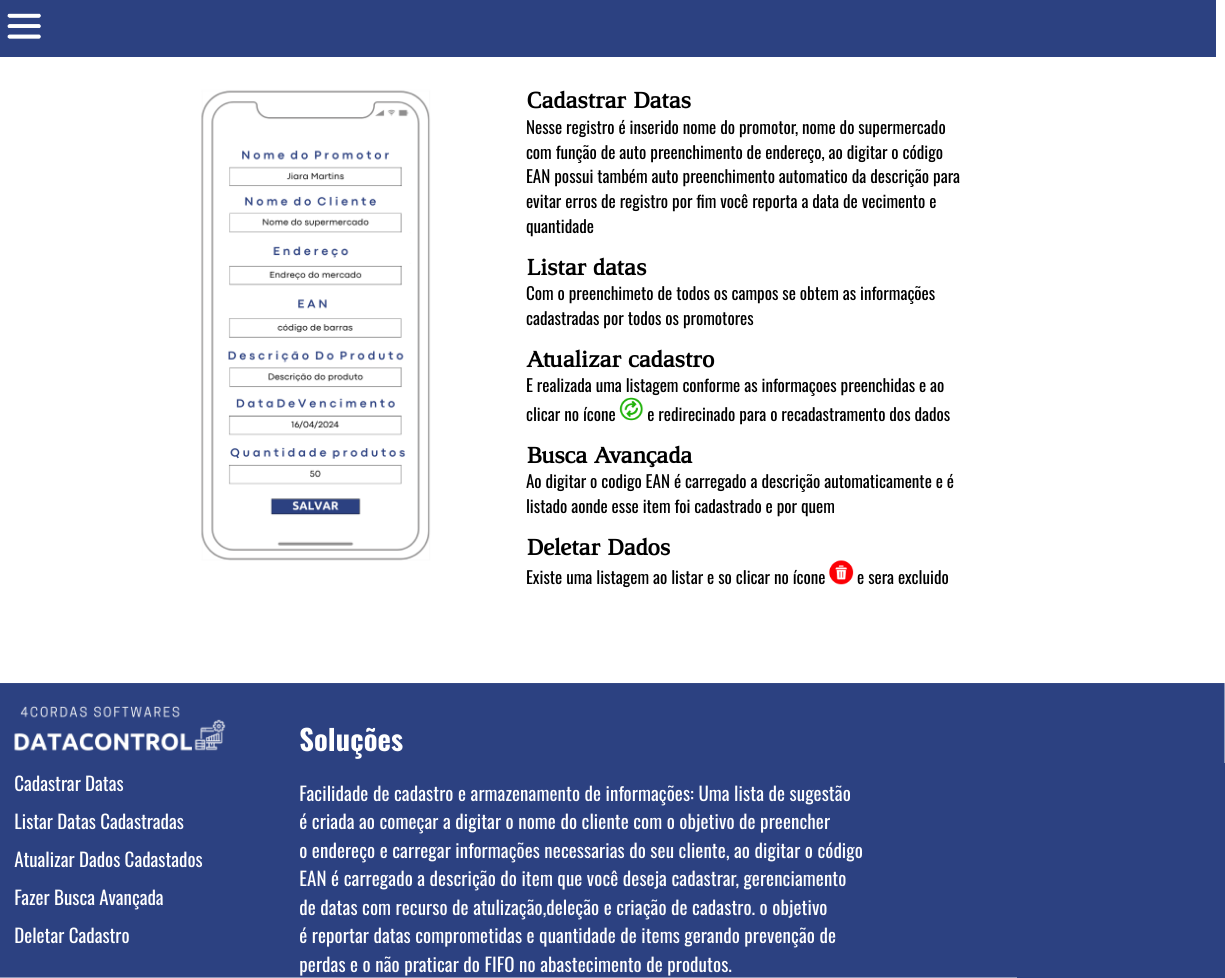
Repository: alfredo-allan/ControleDeDatasFrontEnd
Page: index.html
An editor plug-in stored every save of this project. The page is shown before and after a run of saves, followed by the edit.
The browser window is 1280 px wide. The page is 1289 px wide, so the pictures cover 1289 px, including what lies to the right of the window. The pictures show the whole page, at 95% of full size.

Above is the page before, as saved 2024-04-30 14:47:20.
Console error: TypeError: Cannot read properties of null (reading 'addEventListener')

### index.html
<!DOCTYPE html>
<html lang="pt-BR">
  <head>
    <meta charset="UTF-8" />
    <meta name="viewport" content="width=device-width, initial-scale=1.0" />
    <link rel="stylesheet" href="./style/style.css" />
    <link rel="preconnect" href="https://fonts.googleapis.com" />
    <link rel="preconnect" href="https://fonts.gstatic.com" crossorigin />
    <link
      href="https://fonts.googleapis.com/css2?family=Oswald:wght@200..700&display=swap"
      rel="stylesheet"
    />
    <title>Controle de Datas</title>
  </head>
  <body>
    <div class="header">
      <div id="menu-icon">
        <img id="icon-menu" src="./images/barra-de-menu.png" alt="" />
      </div>
      <div id="titulo">
        <!-- <h1>Controle De Datas</h1> -->
      </div>
      <div id="menu-options">
        <ul>
          <!-- <img id="usuario" src="./images/usuario-exemplo.jpg" alt="" /> -->
          <a href="pages/cadastro.html"><li>Cadastrar Datas</li></a>
          <a href="pages/listagem.html"><li>Listar Datas</li></a>
          <a href="pages/atualizar.html"><li>Atualizar Cadastro</li></a>
          <a href="pages/buscaavancada.html"><li>Busca Avançada</li></a>
          <a href="pages/deletar.html"><li>Deletar Dados</li></a>
        </ul>
      </div>
    </div>
    <img id="instrucao" src="./images/CadastrarDatas.png" alt="">
    <div class="coluna">
    <ul>
      <span>Cadastrar Datas</span>
      <li>Nesse registro é inserido nome do promotor, nome do supermercado com função de auto preenchimento de endereço, ao digitar o código EAN possui também auto preenchimento automatico da descrição para evitar erros de registro por fim você reporta a data de vecimento e quantidade</li>
      <span>Listar datas</span>
      <li>Com o preenchimeto de todos os campos se  obtem as informações cadastradas por todos os promotores</li>
      <span>Atualizar cadastro</span>
      <li>E realizada uma listagem conforme as informaçoes preenchidas e ao clicar no ícone <img src="./images/repetir.png" alt=""> e redirecinado para o recadastramento dos dados</li>
      <span>Busca Avançada</span>
      <li>Ao digitar o codigo EAN é carregado a descrição automaticamente e é listado aonde esse item foi cadastrado e por quem</li>
      <span>Deletar Dados</span>
      <li>Existe uma listagem ao listar e so clicar no ícone <img src="./images/excluir.png" alt=""> e sera excluido</li>
    </ul>
    </div>
    </div>
    <div class="footer">
      <div id="mapa" class="col-sm-6">
        <img id="tootext" src="./images/data.png" alt="" />
        <ul id="mapadosite">
          <a href="./pages/cadastro.html"><li>Cadastrar Datas</li></a>
          <a href="./pages/listagem.html"><li>Listar Datas Cadastradas</li></a>
          <a href="./pages/atualizar.html"
            ><li>Atualizar Dados Cadastados</li></a
          >
          <a href="./pages/buscaavancada.html"><li>Fazer Busca Avançada</li></a>
          <a href="./pages/deletar.html"><li>Deletar Cadastro</li></a>
        </ul>
      </div>
      <div id="solucao" class="col-sm-6">
        <span>Soluções</span>
        <p>
          Facilidade de cadastro e armazenamento de informações: Uma lista de
          sugestão <br />
          é criada ao começar a digitar o nome do cliente com o objetivo de
          preencher <br />
          o endereço e carregar informações necessarias do seu cliente, ao
          digitar o código <br />
          EAN é carregado a descrição do item que você deseja cadastrar,
          gerenciamento <br />
          de datas com recurso de atulização,deleção e criação de cadastro. o
          objetivo <br />
          é reportar datas comprometidas e quantidade de items gerando prevenção
          de <br />
          perdas e o não praticar do FIFO no abastecimento de produtos.
        </p>
      </div>
    </div>
  </body>
  <script src="./js/script.js"></script>
</html>

### style/style.css
:root {
  --cor-azul: rgb(44, 65, 129);
  --oswald-font: "Oswald", sans-serif;
  --luthier-font: "Luthier";
}

body {
  font-family: var(--oswald-font);
}

@font-face {
  font-family: "Luthier";
  src: url("../fonts/LuthierFF/Luthier-Regular.ttf") format("truetype");
  /* Adicione mais formatos (e.g. woff, woff2) conforme necessário */
}

#titulo h1 {
  font-family: var(--luthier-font);
  letter-spacing: 3px;
  font-weight: 900;
  color: white;
  margin-top: -30px;
  margin-left: 55px;
}

.column {
  display: flex;
  flex-direction: column;
  align-items: center;
  padding: 10px 20px 15px 15px;
  border: 1px solid #ccc;
  border-radius: 5px;
  width: 300px;
  margin: 0 auto;
  span {
    font-weight: 900;
    font-family: var(--luthier-font);
    letter-spacing: 3px;
    margin-bottom: 10px;
    color: var(--cor-azul);
  }
}

#logo img {
  margin-top: 200px;
  width: 250px;
  margin-left: 50px;
}

#logo {
  h1 {
    text-align: center;
    text-wrap: nowrap;
    font-size: 25px;
    font-family: var(--oswald-font);
    font-weight: 900;
    letter-spacing: 2px;
    color: var(--cor-azul);
  }
}

#form {
  margin-top: 80px;
}

input {
  margin-bottom: 5px;
  padding: 5px;
  width: 100%;
  box-sizing: border-box;
  font-weight: 600;
  margin-bottom: 10px;
}

input::placeholder {
  text-align: center;
  color: gray;
  font-family: var(--oswald-font);
  font-weight: 400;
}

input:focus {
  outline-color: var(--cor-azul); /* Altere a cor aqui */
}

.header {
  position: fixed;
  top: 0;
  left: 0;
  width: 100%;
  height: 60px;
  background-color: var(--cor-azul);
}

#icon-menu {
  width: 35px;
  margin-top: 10px;
  z-index: 1;
  margin-left: 8px;
  cursor: pointer;
}

#menu-options ul {
  list-style: none;
  padding: 0;
  margin-left: 5px;
  font-size: 20px;
  font-weight: 500;
  text-wrap: nowrap;
  font-family: var(--oswald-font);
  z-index: 999;
}

#menu-options ul li {
  padding: 10px;
  letter-spacing: 2px;
  cursor: pointer;
  z-index: 999;
}

a {
  text-decoration: none; /* Remove sublinhado */
  color: inherit; /* Mantém a cor padrão do texto */
  /* Adicione quaisquer outros estilos desejados para o link */
}

#menu-options {
  display: none;
  position: absolute;
  top: 0;
  left: 0;
  margin-top: 60px;
  width: 55%;
  height: 41vh;
  border-bottom-right-radius: 15px;
  background-color: var(--cor-azul);
  color: white;
  font-family: var(--oswald-font);
  font-weight: 900;
  z-index: 999;
}

button {
  text-align: center;
  width: 110px;
  height: 30px;
  padding: 6px 30px;
  background-color: rgba(44, 65, 129, 0.897);
  border-radius: 5px;
  color: white;
  border: none;
  border-radius: 5px;
  cursor: pointer;
  font-family: var(--oswald-font);
}

button:focus {
  outline: 2px solid var(--cor-azul);
}

.footer {
  width: 102%;
  position: relative;
  margin-top: 5%;
  margin-left: -8px;
  margin-bottom: -20px;
  background-color: var(--cor-azul);
}

.footer img {
  width: 300px;
  height: 60px;
  margin-top: 2px;
  cursor: pointer;
  margin-left: 10px;
}

#autocomplete-list-id {
  background-color: #f1f1f1;
  border: 1px solid #d4d4d4;
  color: var(--cor-azul);
  border-top: none;
  max-height: 200px;
  overflow-y: auto;
  position: absolute;
  /* z-index: 999; */
  margin-top: -10px;
  margin-left: 60px;
}

.autocomplete-items div {
  padding: 10px;
  cursor: pointer;
  background-color: #fff;
  border-bottom: 1px solid #d4d4d4;
}

.autocomplete-items div:hover {
  background-color: #e9e9e9;
}

.autocomplete-items div strong {
  font-weight: bold;
}

#data-list {
  margin: 0 auto;
  left: 50%;
  transform: translateX(-50%);
  margin: 0 auto;
  left: 50%;
  top: 60%;
  transform: translate(-50%, -50%);
  /* border: 1px solid var(--cor-azul); */
  color: var(--cor-azul);
  border-radius: 5px;
  max-height: 330px;
  overflow-y: auto;
  position: absolute;
  z-index: -1;
  margin-top: 110px;
  margin-left: 0px;
  width: 336px;
  list-style: none;
  .name {
    font-family: var(--oswald-font);
    font-weight: 900;
    font-size: 17px;
  }
  .item {
    font-family: var(--oswald-font);
    font-weight: 500;
    font-size: 15;
    color: rgb(0, 0, 0);
  }
}

/* #promotor {
  line-height: 60px;
} */

#data-list {
  /* Estilos do elemento #data-list */
  /* Defina outras propriedades conforme necessário */

  scrollbar-color: var(--cor-azul) var(--cor-azul); /* Cor da barra de rolagem e do fundo da barra */
}

#data-list::-webkit-scrollbar {
  width: 10px; /* Largura da barra de rolagem */
}

#data-list::-webkit-scrollbar-thumb {
  background-color: white; /* Cor da barra de rolagem */
  border-radius: 5px; /* Raio de borda da barra de rolagem */
}

#texto-descritivo {
  text-align: justify;
  margin-top: 200px;
  position: fixed;
  font-family: var(--luthier-font);
  letter-spacing: 3px;
  line-height: 2;
  margin-right: 8px;
  font-weight: 900;
  color: var(--cor-azul);
}

#del {
  width: 25px;
  margin: -4px;
  margin-left: 20px;
}

#atualizar {
  width: 25px;
  margin: -5px;
  margin-left: 20px;
}

.video {
  width: 100%;
  height: 100vh; /* Altura ocupando toda a tela */
}

.video video {
  position: fixed;
  top: 0;
  left: 0;
  width: 100%;
  height: 20%;
  object-fit: cover;
  margin-top: 52px;
}

.modal {
  display: none; /* Escondido por padrão */
  position: fixed;
  z-index: 1;
  left: 0;
  top: 0;
  width: 100%;
  height: 100%;
  overflow: auto;
  background-color: rgba(0, 0, 0, 0.4);
}

.modal-content {
  background-color: #fefefe;
  margin: 15% auto;
  padding: 20px;
  border: 2px solid #888;
  width: 80%;
  border-radius: 10px;
  p {
    text-align: center;
    font-family: var(--luthier-font);
    letter-spacing: 3px;
    font-weight: 600;
    color: var(--cor-azul);
  }
}

.close {
  color: #aaa;
  float: right;
  font-size: 28px;
  font-weight: bold;
}

.close:hover,
.close:focus {
  color: black;
  text-decoration: none;
  cursor: pointer;
}

#modalbtn {
  text-align: center;
}

#confirmButton {
  margin-right: 5px;
}

#tootext {
  margin-left: -40px;
  margin-top: 20px;
}

#mapadosite {
  font-family: var(--oswald-font);
  list-style: none;
  margin-top: 0px;
  line-height: 40px;
  text-align: left;
  margin-left: -25px;
  color: white;
  font-size: 20px;
}

#mapa {
  text-align: left;
}

#solucao {
  margin-top: -270px;
  margin-left: 315px;
  font-family: var(--oswald-font);
  letter-spacing: 0.1px;
  color: white;
  span {
    font-size: 30px;
    font-weight: 900;
  }
  p {
    font-size: 20px;
    text-align: left;
  }
}

@media (min-width: 310px) and (max-width: 580px) {
  #solucao {
    margin-top: -10px;
    margin-left: -200px;
    text-align: center;
  }
}

@media (min-width: 310px) and (max-width: 580px) {
  #solucao span {
    margin-left: -30px;
  }
}

@media (min-width: 310px) and (max-width: 580px) {
  #solucao p {
    font-size: 20px;
    text-align: left;
    margin-left: 215px;
  }
}

@media (min-width: 310px) and (max-width: 580px) {
  .footer {
    margin-top: 20%;
    position: absolute;
    margin-left: -8px;
    width: 100%;
    margin-bottom: 0px;
  }
}

.footer_pg {
  position: fixed;
  left: 0;
  bottom: 0;
  width: 100%;
  height: 60px;
  background-color: var(--cor-azul);
}

@media (min-width: 310px) and (max-width: 580px) {
  .footer_pg img {
    margin-left: auto;
    margin-right: auto;
    display: block;
  }
}

#instrucao {
  margin-top: 80px;
  width: 250px;
  margin-left: 200px;
}

@media (min-width: 500px) and (max-width: 1200px) {
  #instrucao {
    margin-left: 20px;
  }
}

.coluna {
  display: flex;
  flex-direction: column;
  justify-content: center;
  margin-left: 40%;
  margin-top: -41%;
  width: 40%;
  li {
    list-style: none;
    margin-bottom: 20px;
    font-family: var(--oswald-font);
    font-size: 18px;
  }
  span {
    margin-bottom: 10;
    font-size: 25px;
    font-family: var(--luthier-font);
    font-weight: 900;
  }

  img {
    width: 25px;

  }
}

### js/script.js
document.addEventListener("DOMContentLoaded", function () {
  carregarDados();

  document
    .getElementById("data-vencimento")
    .addEventListener("input", formatarData);

  document.getElementById("ean").addEventListener("input", function () {
    var eanSelecionado = document.getElementById("ean").value;
    preencherDescricaoPorEAN(eanSelecionado);
  });
});

function formatarData() {
  let inputData = document.getElementById("data-vencimento").value;

  let dataFormatada = inputData.replace(/^(\d{2})(\d{2})(\d{2})$/, "$1/$2/$3");

  document.getElementById("data-vencimento").value = dataFormatada;
}

function preencherDescricaoPorEAN(ean) {
  fetch("../frutap.json")
    .then((response) => response.json())
    .then((data) => {
      const mercados = data.mercados;

      for (let mercado of mercados) {
        const produto = mercado.produtos.find(
          (produto) => produto.codigoEAN === ean
        );
        if (produto) {
          document.getElementById("descricao-produto").value =
            produto.descricao;
          return; // Encerra o loop assim que encontrar o produto correspondente
        }
      }

      // Se não encontrou nenhum produto com o código EAN correspondente
      document.getElementById("descricao-produto").value =
        "Produto não encontrado";
    })
    .catch((error) => {
      console.error("Erro ao carregar os dados do arquivo JSON:", error);
    });
}

function carregarDados() {
  fetch("../frutap.json")
    .then((response) => {
      if (response.ok) {
        return response.json();
      } else {
        throw new Error("Erro ao carregar os dados");
      }
    })
    .then((data) => {
      if (data && data.mercados) {
        const mercados = data.mercados.map((mercado) => mercado.nome);
        const codigosEAN = data.mercados.map((mercado) => mercado.codigoEAN);
        const enderecos = data.mercados.map((mercado) => mercado.endereco);

        autocomplete(document.getElementById("nome-cliente"), mercados, data);
        autocomplete(document.getElementById("ean"), codigosEAN);
        autocomplete(
          document.getElementById("endereco-cliente"),
          enderecos,
          data
        );
      } else {
        console.error("Formato de dados inválido");
      }
    })
    .catch((error) => {
      console.error("Erro ao carregar os dados do arquivo JSON:", error);
    });
}
function autocomplete(inp, arr, data) {
  var currentFocus;

  inp.addEventListener("input", function (e) {
    var a,
      b,
      i,
      val = this.value;
    closeAllLists();
    if (!val) {
      return false;
    }
    currentFocus = -1;
    a = document.createElement("DIV");
    a.setAttribute("id", "autocomplete-list-id");
    a.setAttribute("class", "autocomplete-items");
    this.parentNode.appendChild(a);
    for (i = 0; i < arr.length; i++) {
      if (
        arr[i] &&
        arr[i].substr(0, val.length).toUpperCase() == val.toUpperCase()
      ) {
        b = document.createElement("DIV");
        b.innerHTML = "<strong>" + arr[i].substr(0, val.length) + "</strong>";
        b.innerHTML += arr[i].substr(val.length);
        b.innerHTML += "<input type='hidden' value='" + arr[i] + "'>";
        b.addEventListener("click", function (e) {
          inp.value = this.getElementsByTagName("input")[0].value;
          closeAllLists();
          // Preencher o campo de Endereço do mercado ao selecionar o nome do mercado
          var selectedMarket = this.getElementsByTagName("input")[0].value;
          var mercadoSelecionado = data.mercados.find(
            (mercado) => mercado.nome === selectedMarket
          );
          if (mercadoSelecionado) {
            var enderecoCompleto =
              mercadoSelecionado.endereco.rua +
              ", " +
              mercadoSelecionado.endereco.bairro +
              ", " +
              mercadoSelecionado.endereco.cidade +
              ", " +
              mercadoSelecionado.endereco.estado;
            document.getElementById("endereco-cliente").value =
              enderecoCompleto;
          }
        });
        a.appendChild(b);
      }
    }
  });

  function closeAllLists(elmnt) {
    var x = document.getElementsByClassName("autocomplete-items");
    for (var i = 0; i < x.length; i++) {
      if (elmnt != x[i] && elmnt != inp) {
        x[i].parentNode.removeChild(x[i]);
      }
    }
  }

  document.addEventListener("click", function (e) {
    closeAllLists(e.target);
  });
}

const menuIcon = document.getElementById("menu-icon");
const menuOptions = document.getElementById("menu-options");

menuIcon.addEventListener("click", function () {
  if (menuOptions.style.display === "none") {
    menuOptions.style.display = "block";
  } else {
    menuOptions.style.display = "none";
  }
});

document.getElementById("btn-salvar").addEventListener("click", function () {
  const nomePromotor = document.getElementById("nome-promotor").value;
  const nomeCliente = document.getElementById("nome-cliente").value;
  const enderecoCliente = document.getElementById("endereco-cliente").value;
  const ean = document.getElementById("ean").value;
  const descricaoProduto = document.getElementById("descricao-produto").value;
  const dataVencimento = document.getElementById("data-vencimento").value;
  const quantidadeProdutos = document.getElementById(
    "quantidade-produtos"
  ).value;

  fetch("https://v1controledatas.pythonanywhere.com/salvar-dados", {
    method: "POST",
    headers: {
      "Content-Type": "application/json",
    },
    body: JSON.stringify({
      nomePromotor: nomePromotor,
      nomeCliente: nomeCliente,
      enderecoCliente: enderecoCliente,
      ean: ean,
      descricaoProduto: descricaoProduto,
      dataVencimento: dataVencimento,
      quantidadeProdutos: quantidadeProdutos,
    }),
  })
    .then((response) => {
      if (response.ok) {
        // alert("Dados salvos com sucesso!");
      } else {
        throw new Error("Erro ao salvar os dados");
      }
    })
    .catch((error) => {
      console.error("Erro ao salvar os dados:", error);
    });
});

// Selecionando o botão de fechar e o modal

Loaded but not shown: frutap.json (455 lines, source omitted)

After the next 2 saves:
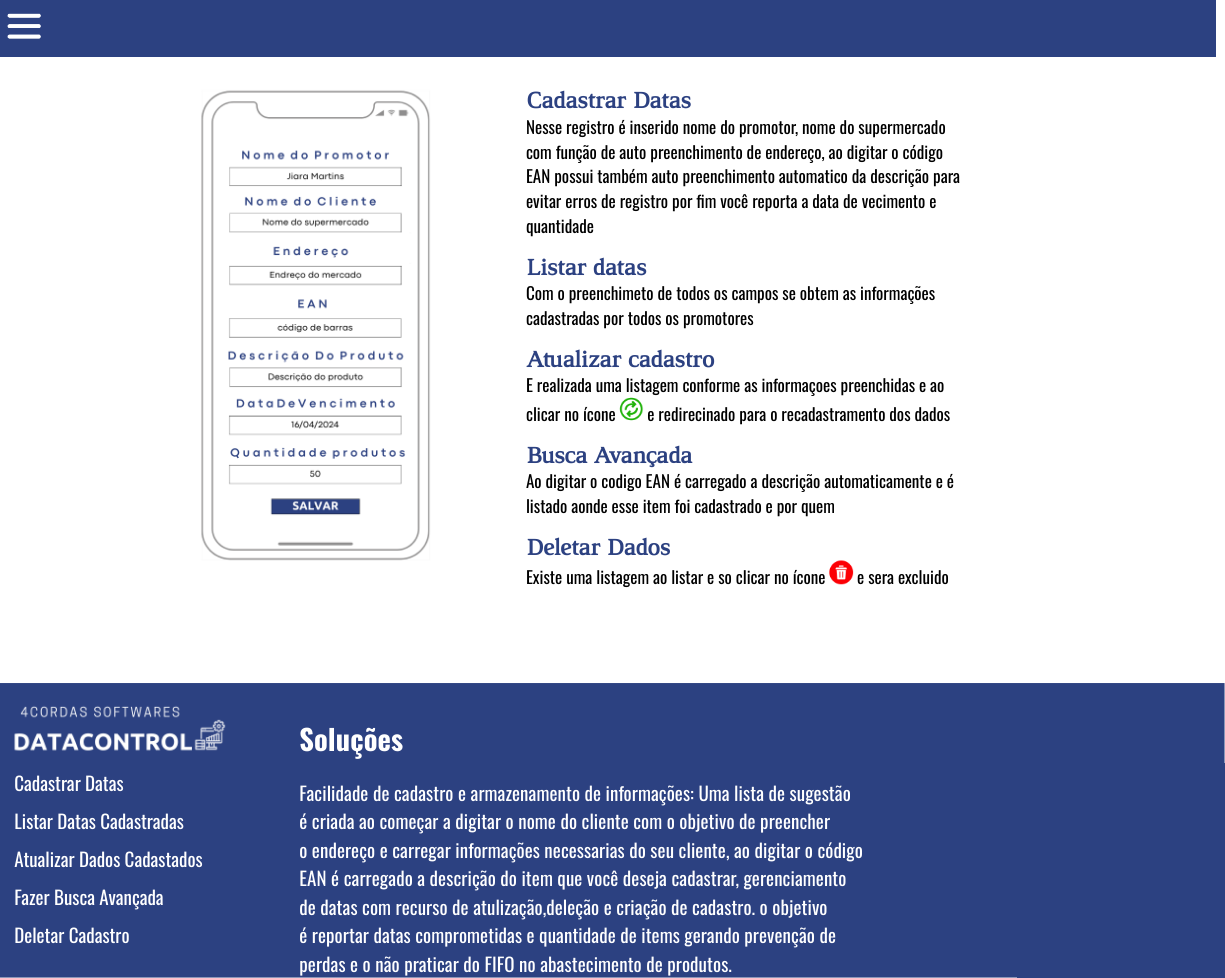
The 2 saves are shown as one change because they came seconds apart.
The last was saved 27 s later.
--- a/style/style.css
+++ b/style/style.css
@@ -459,6 +459,7 @@ button:focus {
     font-size: 25px;
     font-family: var(--luthier-font);
     font-weight: 900;
+    color: var(--cor-azul);
   }
 
   img {
